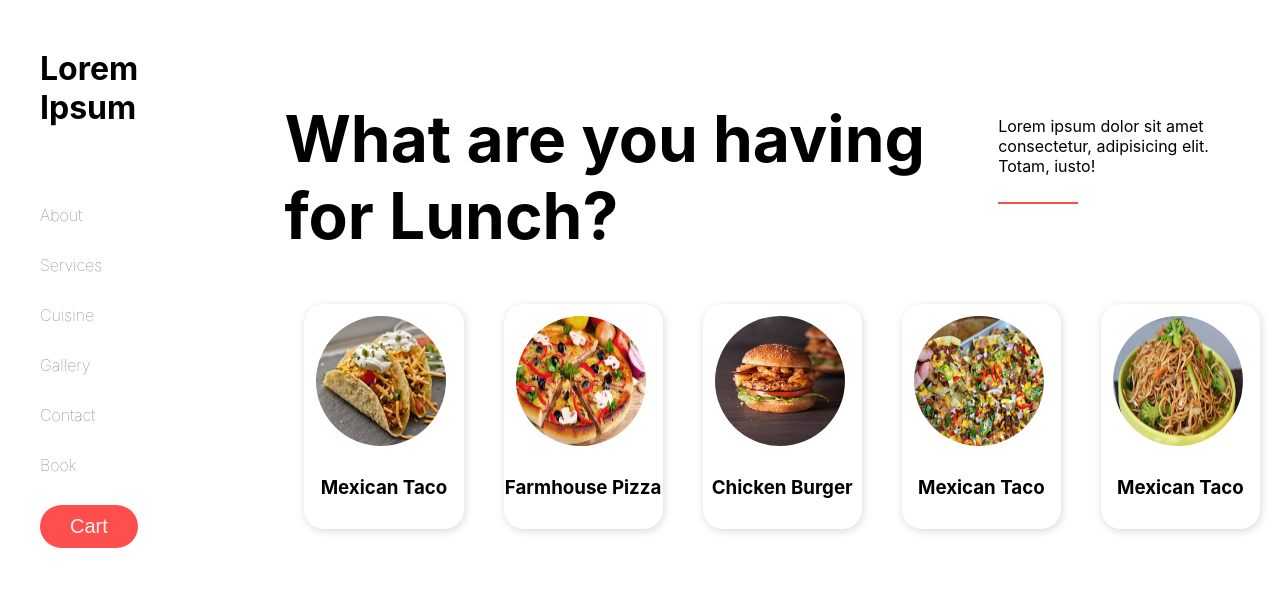
Repository: Marlstergo/assignment2
Page: /
The author's editor kept a copy of each file at every save. The page is drawn from the files as they stood at one save, then again after the next save.
The browser window is 1280 px wide. The pictures show the whole page.
The project was rebuilt for these pictures with package versions that can differ from the ones it lists, and the page was loaded fresh each time.

Above is the page before, as saved 2021-07-27 03:18:36.

After the next save:
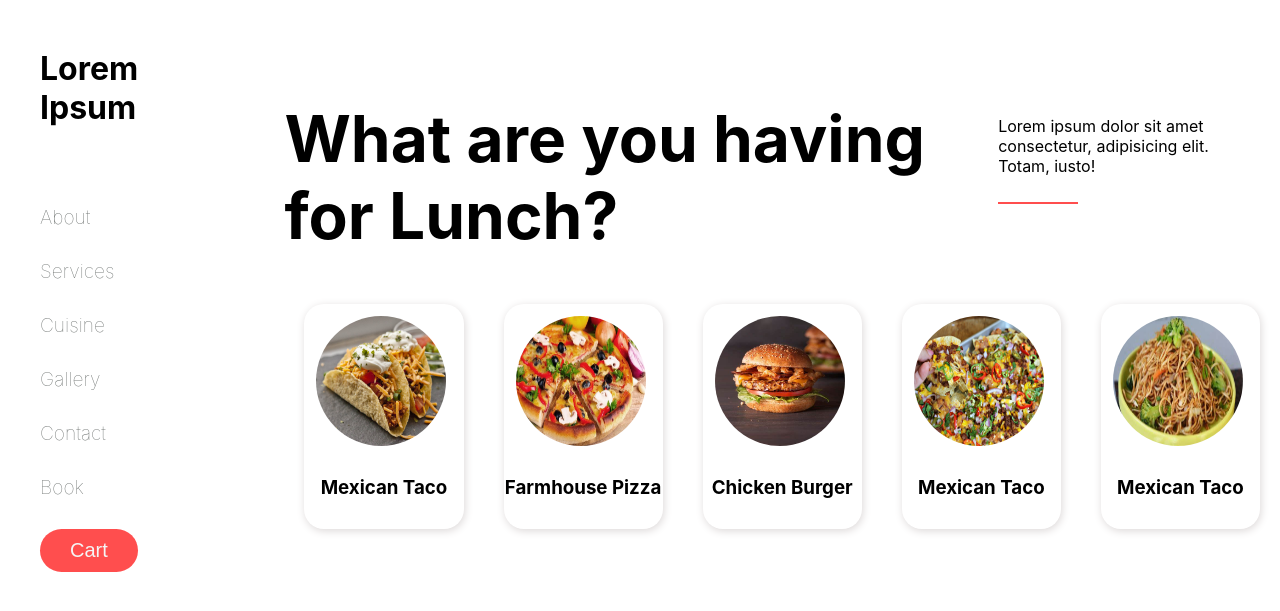
Saved 7 s later.
--- a/src/App.css
+++ b/src/App.css
@@ -72,7 +72,7 @@
 }
 .item h2{
   font-weight: 100;
-  font-size: medium;
+  font-size: larger;
 
 }
 
